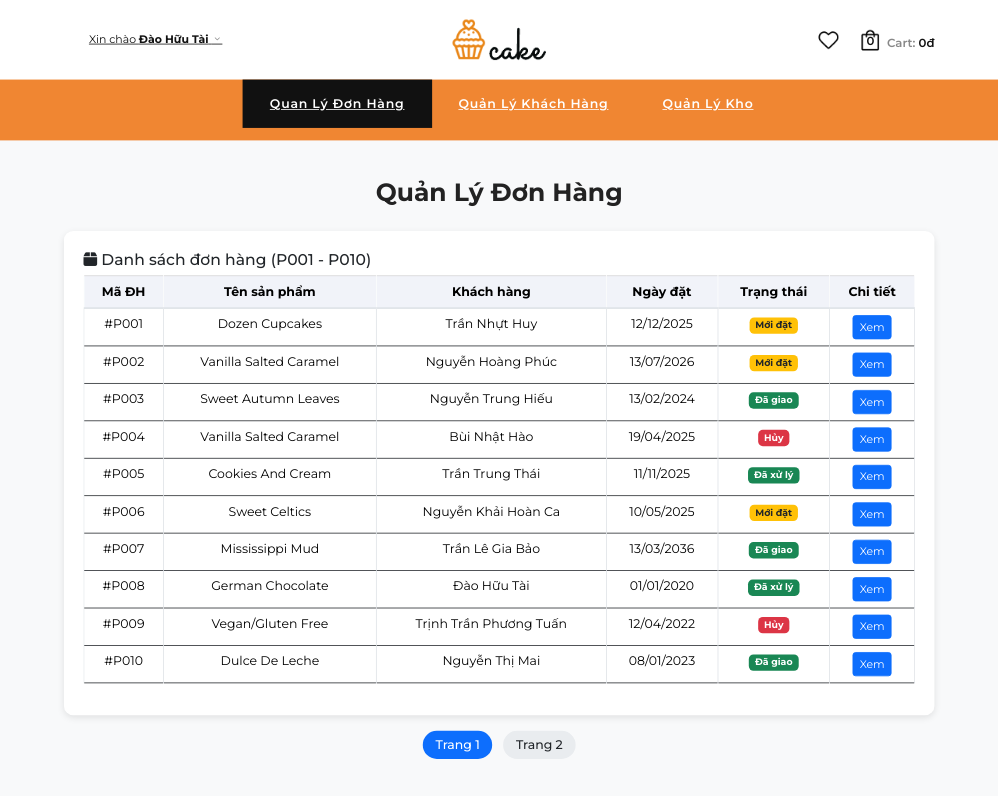
Repository: nhanto2n-byte/Nhom10ChieuThu3
Page: ProjectWeb/cake-main/admin_product.html
The author's editor kept a copy of each file at every save. The page is drawn from the files as they stood at one save, then again after the next save.
The browser window is 1280 px wide. The pictures show the whole page, at 78% of full size.

Above is the page before, as saved 2025-10-28 11:44:51.

### ProjectWeb/cake-main/admin_product.html
<!DOCTYPE html>
<html lang="zxx">

<head>
    <meta charset="UTF-8">
    <meta name="description" content="Cake Template">
    <meta name="keywords" content="Cake, unica, creative, html">
    <meta name="viewport" content="width=device-width, initial-scale=1.0">
    <meta http-equiv="X-UA-Compatible" content="ie=edge">
    <title></title>

    <!-- Google Font -->
    <link href="https://fonts.googleapis.com/css2?family=Playfair+Display:wght@400;500;600;700;800;900&display=swap"
    rel="stylesheet">
    <link href="https://fonts.googleapis.com/css2?family=Montserrat:wght@300;400;500;600;700;800;900&display=swap"
    rel="stylesheet">

    <!-- Css Styles -->
    <link rel="stylesheet" href="css/bootstrap.min.css" type="text/css">
    <link rel="stylesheet" href="css/flaticon.css" type="text/css">
    <link rel="stylesheet" href="css/barfiller.css" type="text/css">
    <link rel="stylesheet" href="css/magnific-popup.css" type="text/css">
    <link rel="stylesheet" href="css/font-awesome.min.css" type="text/css">
    <link rel="stylesheet" href="css/elegant-icons.css" type="text/css">
    <link rel="stylesheet" href="css/nice-select.css" type="text/css">
    <link rel="stylesheet" href="css/owl.carousel.min.css" type="text/css">
    <link rel="stylesheet" href="css/slicknav.min.css" type="text/css">
    <link rel="stylesheet" href="css/style.css" type="text/css">
    <style>
        /* ==================================== */
        /* CẤU TRÚC MENU THẢ XUỐNG (DROPDOWN) */
        /* ==================================== */

        /* 1. Thiết lập vị trí tương đối cho mục cha */
        .header__top__left ul li.has-dropdown {
            position: relative;
        }

        /* KHẮC PHỤC LỖI TÔ ĐEN TRÊN LIÊN KẾT CHA */
        .header__top__left ul li.has-dropdown > a:focus,
        .header__top__left ul li.has-dropdown > a:active {
            /* Dùng !important để ghi đè CSS từ file style.css nếu cần */
            outline: none !important;
            -webkit-tap-highlight-color: transparent;
            background-color: transparent !important;
        }

        /* 2. Thiết lập trạng thái mặc định (ẨN) cho dropdown */
        .header__top__left ul li .dropdown {
            display: none;
            position: absolute;
            top: 100%;
            left: 0;
            z-index: 100;

            /* NỀN ĐẬM CHO CHỮ TRẮNG NỔI BẬT */
            background-color: #333; /* Nền xám/đen đậm */
            border: 1px solid #555;
            box-shadow: 0 4px 10px rgba(0, 0, 0, 0.2);
            min-width: 200px;
            padding: 5px 0;
            list-style: none; /* Loại bỏ dấu chấm */
        }

        /* 3. Hiển thị menu khi di chuột vào mục cha */
        .header__top__left ul li.has-dropdown:hover > .dropdown {
            display: block;
        }

        /* 4. Định kiểu cho các mục con trong menu */
        .header__top__left ul li .dropdown li a {
            display: block;
            padding: 10px 15px;
            text-decoration: none;

            /* MÀU CHỮ TRẮNG */
            color: white;

            font-size: 16px;
            white-space: nowrap;
        }

        /* Hiệu ứng di chuột (hover) cho các mục con */
        .header__top__left ul li .dropdown li a:hover {
            background-color: #555; /* Nền xám nhẹ khi hover */
            color: #ffcc00; /* Màu nổi bật khi hover */
        }
    </style>
</head>

<body>
    <!-- Page Preloder -->
    <div id="preloder">
        <div class="loader"></div>
    </div>

    <!-- Offcanvas Menu Begin -->
    <div class="offcanvas-menu-overlay"></div>
    <div class="offcanvas-menu-wrapper">
        <div class="offcanvas__cart">
            <div class="offcanvas__cart__links">
                <a href="#"><img src="img/icon/heart.png" alt=""></a>
            </div>
            <div class="offcanvas__cart__item">
                <a href="#"><img src="img/icon/cart.png" alt=""> <span>0</span></a>
                <div class="cart__price">Cart: <span>0đ</span></div>
            </div>
        </div>
        <div class="offcanvas__logo">
            <a href="./index.html"><img src="img/logo.png" alt=""></a>
        </div>
        <div id="mobile-menu-wrap"></div>
    </div>
    <!-- Offcanvas Menu End -->

    <!-- Header Section Begin -->
    <header class="header">
        <div class="header__top">
            <div class="container">
                <div class="row">
                    <div class="col-lg-12">
                        <div class="header__top__inner">
                            <div class="header__top__left">
                                <ul>
                                    <li class="has-dropdown">
                                    <a href="./profile.html">
                                            Xin chào <strong>Đào Hữu Tài</strong>
                                            <span class="arrow_carrot-down"></span>
                                    </a>
                                        <ul class="dropdown">
                                            <li><a href="./profile.html">My Profile</a></li>
                                            <li><a href="./register.html">Log out</a></li>
                                        </ul>
                                    </li>
                                </ul>
                            </div>
                            <div class="header__logo">
                                <a href="./index.html"><img src="img/logo.png" alt=""></a>
                            </div>
                            <div class="header__top__right">
                                <div class="header__top__right__links">
                                    <a href="./wisslist.html"><img src="img/icon/heart.png" alt=""></a>
                                </div>
                                <div class="header__top__right__cart">
                                    <a href="./shoping-cart.html"><img src="img/icon/cart.png" alt=""> <span>0</span></a>
                                    <div class="cart__price">Cart: <span>0đ</span></div>
                                </div>
                            </div>
                        </div>
                    </div>
                </div>
                <div class="canvas__open"><i class="fa fa-bars"></i></div>
            </div>
        </div>
        <div class="container">
            <div class="row">
                <div class="col-lg-12">
                    <nav class="header__menu mobile-menu">
                        <ul>
                            <li class="active"><a href="./index.html">Quan Lý Đơn Hàng</a></li>
                            <li><a href="./shop.html">Quản Lý Khách Hàng</a></li>
                            <li><a href="#">Quản Lý Kho</a>
                                <ul class="dropdown">

                                    <li><a href="./shoping-cart.html">Shoping Cart</a></li>
                                    <li><a href="./checkout.html">Check Out</a></li>
                                    <li><a href="./wisslist.html">Wisslist</a></li>
                                </ul>
                            </li>
                        </ul>
                    </nav>
                </div>
            </div>
        </div>
    </header>

    <!-- About Section End -->



<!-- Js Plugins -->
<script src="js/jquery-3.3.1.min.js"></script>
<script src="js/bootstrap.min.js"></script>
<script src="js/jquery.nice-select.min.js"></script>
<script src="js/jquery.barfiller.js"></script>
<script src="js/jquery.magnific-popup.min.js"></script>
<script src="js/jquery.slicknav.js"></script>
<script src="js/owl.carousel.min.js"></script>
<script src="js/jquery.nicescroll.min.js"></script>
<script src="js/main.js"></script>
</body>

</html>


<!DOCTYPE html>
<html lang="vi">
<head>
  <meta charset="UTF-8">
  <meta name="viewport" content="width=device-width, initial-scale=1.0">
  <title>Quản lý đơn hàng</title>

  <!-- ✅ Bootstrap CDN -->
  <link
    href="https://cdn.jsdelivr.net/npm/bootstrap@5.3.3/dist/css/bootstrap.min.css"
    rel="stylesheet"
  />

  <!-- Font Awesome -->
  <link
    href="https://cdnjs.cloudflare.com/ajax/libs/font-awesome/6.5.0/css/all.min.css"
    rel="stylesheet"
  />

  <style>
    body {
      background-color: #f8f9fa;
      font-family: 'Montserrat', sans-serif;
    }

    h2 {
      font-weight: 700;
      margin-bottom: 30px;
      color: #222;
    }

    .card {
      border: none;
      border-radius: 12px;
      box-shadow: 0 3px 10px rgba(0, 0, 0, 0.1);
      margin-bottom: 20px;
      padding: 25px;
    }

    .table th {
      background-color: #f1f3f9;
    }

    /* Ẩn input radio */
    input[name="page"] {
      display: none;
    }

    /* Mặc định hiển thị page1 */
    #page1Content, #page2Content {
      display: none;
      animation: fade 0.4s ease;
    }

    #page1:checked ~ .book #page1Content {
      display: block;
    }

    #page2:checked ~ .book #page2Content {
      display: block;
    }

    /* Nút chuyển trang */
    .controls {
      text-align: center;
      margin-top: 15px;
    }

    .controls label {
      display: inline-block;
      background-color: #e9ecef;
      border-radius: 20px;
      padding: 6px 16px;
      margin: 0 5px;
      cursor: pointer;
      transition: all 0.3s;
      font-weight: 500;
    }

    /* Nút khi được chọn */
    #page1:checked ~ .controls label[for="page1"],
    #page2:checked ~ .controls label[for="page2"] {
      background-color: #0d6efd;
      color: white;
    }

    @keyframes fade {
      from {opacity: 0;}
      to {opacity: 1;}
    }
  </style>
</head>

<body>
  <div class="container py-5">
    <h2 class="text-center">Quản Lý Đơn Hàng</h2>

    <!-- Radio điều khiển -->
    <input type="radio" name="page" id="page1" checked>
    <input type="radio" name="page" id="page2">

    <div class="book">
      <!-- Trang 1 -->
      <div id="page1Content" class="card bg-white">
        <h5><i class="fa-solid fa-box"></i> Danh sách đơn hàng (P001 - P010)</h5>
        <div class="table-responsive">
          <table class="table table-bordered text-center align-middle">
            <thead class="table-light">
              <tr>
                <th>Mã ĐH</th>
                <th>Tên sản phẩm</th>
                <th>Khách hàng</th>
                <th>Ngày đặt</th>
                <th>Trạng thái</th>
                <th>Chi tiết</th>
              </tr>
            </thead>
            <tbody>
              <tr><td>#P001</td><td>Dozen Cupcakes</td><td>Trần Nhựt Huy</td><td>12/12/2025</td><td><span class="badge bg-warning text-dark">Mới đặt</span></td><td><a href="#" class="btn btn-primary btn-sm">Xem</a></td></tr>
              <tr><td>#P002</td><td>Vanilla Salted Caramel</td><td>Nguyễn Hoàng Phúc</td><td>13/07/2026</td><td><span class="badge bg-warning text-dark">Mới đặt</span></td><td><a href="#" class="btn btn-primary btn-sm">Xem</a></td></tr>
              <tr><td>#P003</td><td>Sweet Autumn Leaves</td><td>Nguyễn Trung Hiếu</td><td>13/02/2024</td><td><span class="badge bg-success">Đã giao</span></td><td><a href="#" class="btn btn-primary btn-sm">Xem</a></td></tr>
              <tr><td>#P004</td><td>Vanilla Salted Caramel</td><td>Bùi Nhật Hào</td><td>19/04/2025</td><td><span class="badge bg-danger">Hủy</span></td><td><a href="#" class="btn btn-primary btn-sm">Xem</a></td></tr>
              <tr><td>#P005</td><td>Cookies And Cream</td><td>Trần Trung Thái</td><td>11/11/2025</td><td><span class="badge bg-success">Đã xử lý</span></td><td><a href="#" class="btn btn-primary btn-sm">Xem</a></td></tr>
              <tr><td>#P006</td><td>Sweet Celtics</td><td>Nguyễn Khải Hoàn Ca</td><td>10/05/2025</td><td><span class="badge bg-warning text-dark">Mới đặt</span></td><td><a href="#" class="btn btn-primary btn-sm">Xem</a></td></tr>
              <tr><td>#P007</td><td>Mississippi Mud</td><td>Trần Lê Gia Bảo</td><td>13/03/2036</td><td><span class="badge bg-success">Đã giao</span></td><td><a href="#" class="btn btn-primary btn-sm">Xem</a></td></tr>
              <tr><td>#P008</td><td>German Chocolate</td><td>Đào Hữu Tài</td><td>01/01/2020</td><td><span class="badge bg-success">Đã xử lý</span></td><td><a href="#" class="btn btn-primary btn-sm">Xem</a></td></tr>
              <tr><td>#P009</td><td>Vegan/Gluten Free</td><td>Trịnh Trần Phương Tuấn</td><td>12/04/2022</td><td><span class="badge bg-danger">Hủy</span></td><td><a href="#" class="btn btn-primary btn-sm">Xem</a></td></tr>
              <tr><td>#P010</td><td>Dulce De Leche</td><td>Nguyễn Thị Mai</td><td>08/01/2023</td><td><span class="badge bg-success">Đã giao</span></td><td><a href="#" class="btn btn-primary btn-sm">Xem</a></td></tr>
            </tbody>
          </table>
        </div>
      </div>

      <!-- Trang 2 -->
      <div id="page2Content" class="card bg-white">
        <h5><i class="fa-solid fa-box-archive"></i> Danh sách đơn hàng (P011 - P020)</h5>
        <div class="table-responsive">
          <table class="table table-bordered text-center align-middle">
            <thead class="table-light">
              <tr>
                <th>Mã ĐH</th>
                <th>Tên sản phẩm</th>
                <th>Khách hàng</th>
                <th>Ngày đặt</th>
                <th>Trạng thái</th>
                <th>Chi tiết</th>
              </tr>
            </thead>
            <tbody>
              <tr><td>#P011</td><td>Vanilla Salted Caramel</td><td>Trần Nhựt Huy</td><td>12/12/2025</td><td><span class="badge bg-warning text-dark">Mới đặt</span></td><td><a href="#" class="btn btn-primary btn-sm">Xem</a></td></tr>
              <tr><td>#P012</td><td>Sweet Celtics</td><td>Nguyễn Hoàng Phúc</td><td>13/07/2026</td><td><span class="badge bg-warning text-dark">Mới đặt</span></td><td><a href="#" class="btn btn-primary btn-sm">Xem</a></td></tr>
              <tr><td>#P013</td><td>Dulce De Leche</td><td>Nguyễn Trung Hiếu</td><td>13/02/2024</td><td><span class="badge bg-success">Đã giao</span></td><td><a href="#" class="btn btn-primary btn-sm">Xem</a></td></tr>
              <tr><td>#P014</td><td>Cookies And Cream</td><td>Bùi Nhật Hào</td><td>19/04/2025</td><td><span class="badge bg-danger">Hủy</span></td><td><a href="#" class="btn btn-primary btn-sm">Xem</a></td></tr>
              <tr><td>#P015</td><td>Dozen Cupcakes</td><td>Trần Trung Thái</td><td>11/11/2025</td><td><span class="badge bg-success">Đã xử lý</span></td><td><a href="#" class="btn btn-primary btn-sm">Xem</a></td></tr>
              <tr><td>#P016</td><td>German Chocolate</td><td>Nguyễn Khải Hoàn Ca</td><td>10/05/2025</td><td><span class="badge bg-warning text-dark">Mới đặt</span></td><td><a href="#" class="btn btn-primary btn-sm">Xem</a></td></tr>
              <tr><td>#P017</td><td>Vanilla Salted Caramel</td><td>Trần Lê Gia Bảo</td><td>13/03/2036</td><td><span class="badge bg-success">Đã giao</span></td><td><a href="#" class="btn btn-primary btn-sm">Xem</a></td></tr>
              <tr><td>#P018</td><td>Cookie Dough</td><td>Đào Hữu Tài</td><td>01/01/2020</td><td><span class="badge bg-success">Đã xử lý</span></td><td><a href="#" class="btn btn-primary btn-sm">Xem</a></td></tr>
              <tr><td>#P019</td><td>Dulce De Leche</td><td>Trịnh Trần Phương Tuấn</td><td>12/04/2022</td><td><span class="badge bg-danger">Hủy</span></td><td><a href="#" class="btn btn-primary btn-sm">Xem</a></td></tr>
              <tr><td>#P020</td><td>Sweet Autumn Leaves</td><td>Nguyễn Thị Mai</td><td>08/01/2023</td><td><span class="badge bg-success">Đã giao</span></td><td><a href="#" class="btn btn-primary btn-sm">Xem</a></td></tr>
            </tbody>
          </table>
        </div>
      </div>
    </div>

    <!-- Nút chuyển trang -->
    <div class="controls">
      <label for="page1">Trang 1</label>
      <label for="page2">Trang 2</label>
    </div>
  </div>
</body>
</html>

### ProjectWeb/cake-main/css/barfiller.css
.barfiller {
    width:100%;
    height:12px;
    background:#fcfcfc;
    border:1px solid #ccc;
    position:relative;
    margin-bottom:20px;
    box-shadow: inset 1px 4px 9px -6px rgba(0,0,0,.5);
    -moz-box-shadow: inset 1px 4px 9px -6px rgba(0,0,0,.5);
}

.barfiller .fill {
    display:block;
    position:relative;
    width:0px;
    height:100%;
    background:#333;
    z-index:1;
}

.barfiller .tipWrap {
    display:none;
}

.barfiller .tip {
    margin-top:-30px;
    padding:2px 4px;
    font-size:11px;
    color:#fff;
    left:0px;
    position:absolute;
    z-index:2;
    background: #333;
}

.barfiller .tip:after {
    border:solid;
    border-color:rgba(0,0,0,.8) transparent;
    border-width:6px 6px 0 6px;
    content:"";
    display:block;
    position:absolute;
    left:9px;
    top:100%;
    z-index:9
}

Loaded but not shown: ProjectWeb/cake-main/css/bootstrap.min.css (library); ProjectWeb/cake-main/css/flaticon.css (common file); ProjectWeb/cake-main/css/magnific-popup.css (library); ProjectWeb/cake-main/css/font-awesome.min.css (library); ProjectWeb/cake-main/css/nice-select.css (common file); ProjectWeb/cake-main/css/owl.carousel.min.css (library); ProjectWeb/cake-main/css/slicknav.min.css (common file); ProjectWeb/cake-main/js/jquery-3.3.1.min.js (library); ProjectWeb/cake-main/js/bootstrap.min.js (library); ProjectWeb/cake-main/js/jquery.nice-select.min.js (common file); ProjectWeb/cake-main/js/jquery.barfiller.js (library); ProjectWeb/cake-main/js/jquery.magnific-popup.min.js (library); ProjectWeb/cake-main/js/jquery.slicknav.js (library); ProjectWeb/cake-main/js/owl.carousel.min.js (library); ProjectWeb/cake-main/js/jquery.nicescroll.min.js (library); ProjectWeb/cake-main/js/main.js (235 lines, source omitted); ProjectWeb/cake-main/css/style.css (4028 lines, source omitted); ProjectWeb/cake-main/css/elegant-icons.css (1157 lines, source omitted)

After the next save:
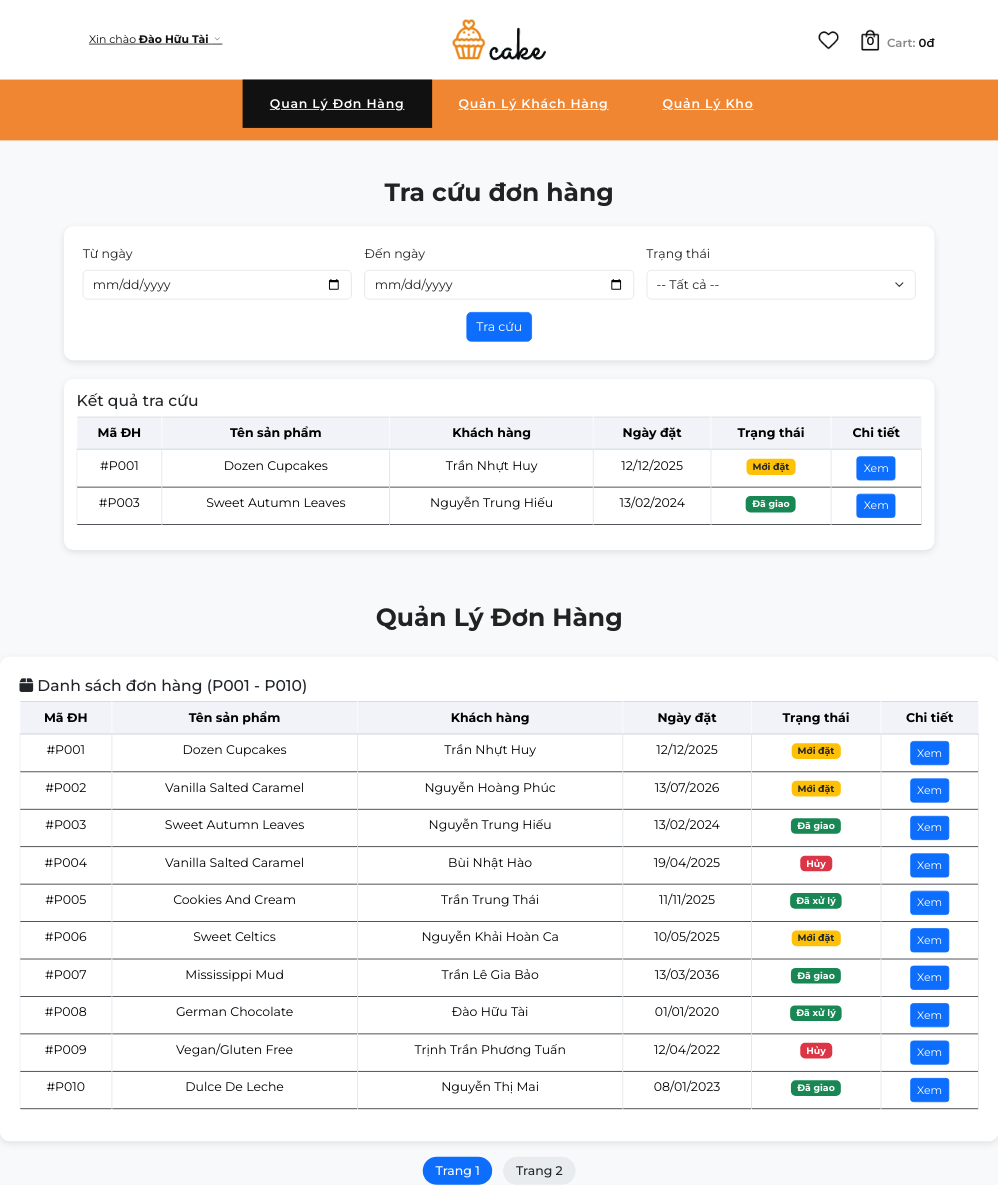
Saved 6 min 43 s later.
--- a/ProjectWeb/cake-main/admin_product.html
+++ b/ProjectWeb/cake-main/admin_product.html
@@ -288,6 +288,77 @@
 
 <body>
   <div class="container py-5">
+  <h2 class="text-center mb-4">Tra cứu đơn hàng</h2>
+
+  <div class="card p-4 mb-4">
+    <form class="row g-3 align-items-end">
+      <!-- Khoảng ngày -->
+      <div class="col-md-4">
+        <label for="fromDate" class="form-label">Từ ngày</label>
+        <input type="date" class="form-control" id="fromDate">
+      </div>
+      <div class="col-md-4">
+        <label for="toDate" class="form-label">Đến ngày</label>
+        <input type="date" class="form-control" id="toDate">
+      </div>
+
+      <!-- Tình trạng đơn hàng -->
+      <div class="col-md-4">
+        <label for="status" class="form-label">Trạng thái</label>
+        <select class="form-select" id="status">
+          <option value="">-- Tất cả --</option>
+          <option value="new">Mới đặt</option>
+          <option value="processed">Đã xử lý</option>
+          <option value="delivered">Đã giao</option>
+          <option value="canceled">Hủy</option>
+        </select>
+      </div>
+
+      <!-- Nút tra cứu -->
+      <div class="col-12 text-center">
+        <button type="button" class="btn btn-primary">Tra cứu</button>
+      </div>
+    </form>
+  </div>
+
+  <!-- Kết quả (bảng mẫu, chỉ giao diện) -->
+  <div class="card p-3">
+    <h5>Kết quả tra cứu</h5>
+    <div class="table-responsive">
+      <table class="table table-bordered text-center align-middle">
+        <thead class="table-light">
+          <tr>
+            <th>Mã ĐH</th>
+            <th>Tên sản phẩm</th>
+            <th>Khách hàng</th>
+            <th>Ngày đặt</th>
+            <th>Trạng thái</th>
+            <th>Chi tiết</th>
+          </tr>
+        </thead>
+        <tbody>
+          <tr>
+            <td>#P001</td>
+            <td>Dozen Cupcakes</td>
+            <td>Trần Nhựt Huy</td>
+            <td>12/12/2025</td>
+            <td><span class="badge bg-warning text-dark">Mới đặt</span></td>
+            <td><a href="#" class="btn btn-primary btn-sm">Xem</a></td>
+          </tr>
+          <tr>
+            <td>#P003</td>
+            <td>Sweet Autumn Leaves</td>
+            <td>Nguyễn Trung Hiếu</td>
+            <td>13/02/2024</td>
+            <td><span class="badge bg-success">Đã giao</span></td>
+            <td><a href="#" class="btn btn-primary btn-sm">Xem</a></td>
+          </tr>
+        </tbody>
+      </table>
+    </div>
+  </div>
+</div>
+
     <h2 class="text-center">Quản Lý Đơn Hàng</h2>
 
     <!-- Radio điều khiển -->
